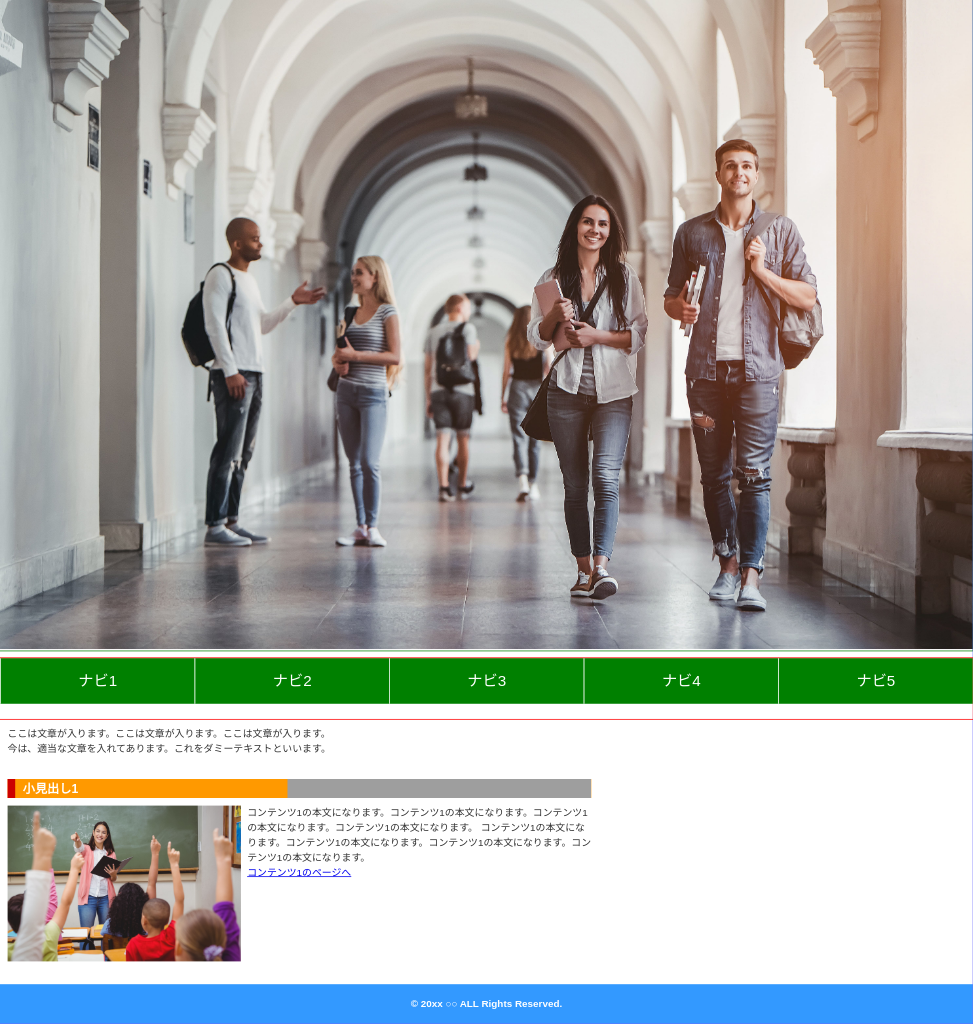
Repository: Daisuke0108-bit/samurai_HTML-CSS
Page: Test.html
The author's editor kept a record of every edit. The page is drawn from the files as they stood at one moment, then again after the next edit.
The browser window is 1280 px wide. The pictures show the whole page, at 76% of full size.
Pictures or frames that could not be fetched are drawn as grey boxes.

Above is the page before.

After the next edit:
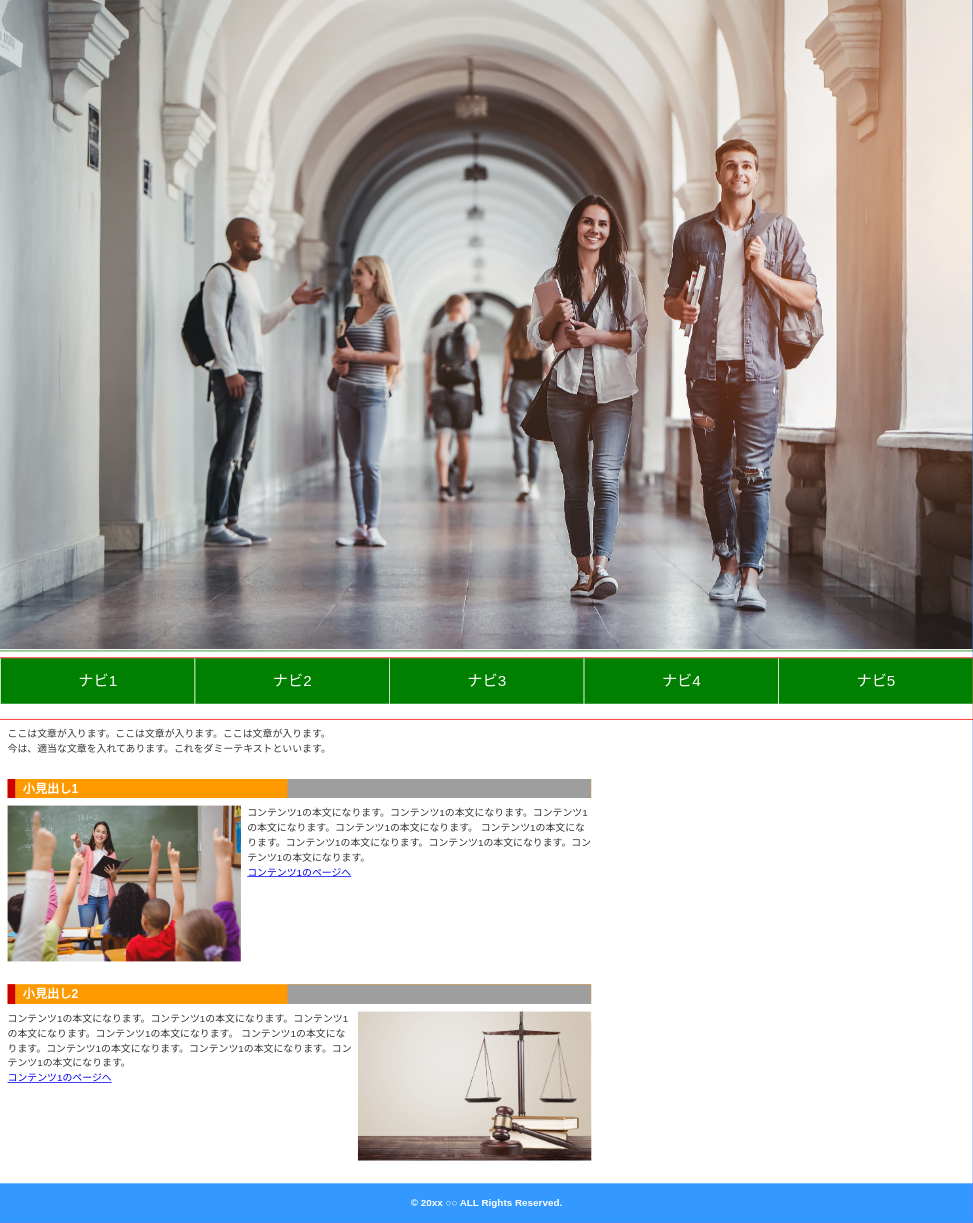
The edit:
--- a/Test.html
+++ b/Test.html
@@ -35,6 +35,15 @@
                     </p>
                     <p><a href="#">コンテンツ1のページへ</a></p>
                 </div><!-- post clearfix -->
+                <div class="post clearfix">
+                    <h2>小見出し2</h2>
+                    <img class="right" src="images/scale.jpg" alt="天秤"></img>
+                    <p>
+                         コンテンツ1の本文になります。コンテンツ1の本文になります。コンテンツ1の本文になります。コンテンツ1の本文になります。
+                         コンテンツ1の本文になります。コンテンツ1の本文になります。コンテンツ1の本文になります。コンテンツ1の本文になります。
+                    </p>
+                    <p><a href="#">コンテンツ1のページへ</a></p>
+                </div><!-- post clearfix -->
             </div><!-- main -->
         </div><!-- container -->
 
